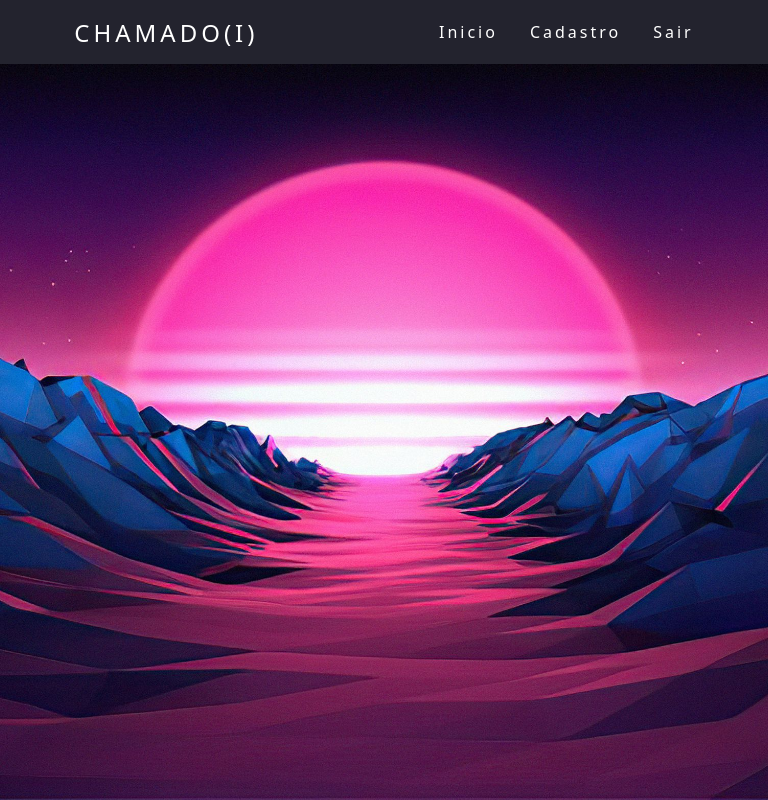
Repository: isaquemc2001/isaque-utilities
Page: index.html
The author's editor kept a copy of each file at every save. The page is drawn from the files as they stood at one save, then again after the next save.
The browser window is 768 px wide. The pictures show the whole page.

Above is the page before, as saved 2021-10-28 09:15:53.

### index.html
<!DOCTYPE html>
<html lang="pt-br">

<head>
    <meta charset="UTF-8">
    <meta http-equiv="X-UA-Compatible" content="IE=edge">
    <meta name="viewport" content="width=device-width, initial-scale=1.0">
    <title>Chamado</title>

    <link rel="stylesheet" href="style.css">
</head>

<body>

    <header>
        <nav>
            <a class="logo" href="#">Chamado(i)</a>
            <div class="mobile-menu">
                <div class="line1"></div>
                <div class="line2"></div>
                <div class="line3"></div>
            </div>
            <ul class="nav-list">
                <li><a href="#">Inicio</a></li>
                <li><a href="#">Cadastro</a></li>
                <li><a href="#">Sair</a></li>
            </ul>
        </nav>
    </header>

    <main></main>

</body>

</html>

### style.css
*{
    margin: 0;
    padding: 0;
}

a {
    color: white;
    text-decoration: none;
    transition: 0.3s;
}

a:hover{
    opacity: 0.7;
}

.logo{
    font-size: 24px;
    text-transform: uppercase;
    letter-spacing: 4px;
}

nav{
    display: flex;
    justify-content: space-around;
    align-items: center;
    font-family: system-ui, -apple-system, Helvetica, Arial, sans-serif;
    background: #23232e;
    height: 8vh;
}

main{
    background: url("bg.jpg") no-repeat center center;
    background-size: cover;
    height: 92vh;
}

.nav-list{
    list-style: none;
    display: flex;
}

.nav-list li{
    letter-spacing: 3px;
    margin-left: 32px;
}

.mobile-menu {
    display: none;
    cursor: pointer;
}

.mobile-menu div {
    width: 32px;
    height: 2px;
    background: #fff;
    margin: 8px;
}

After the next save:
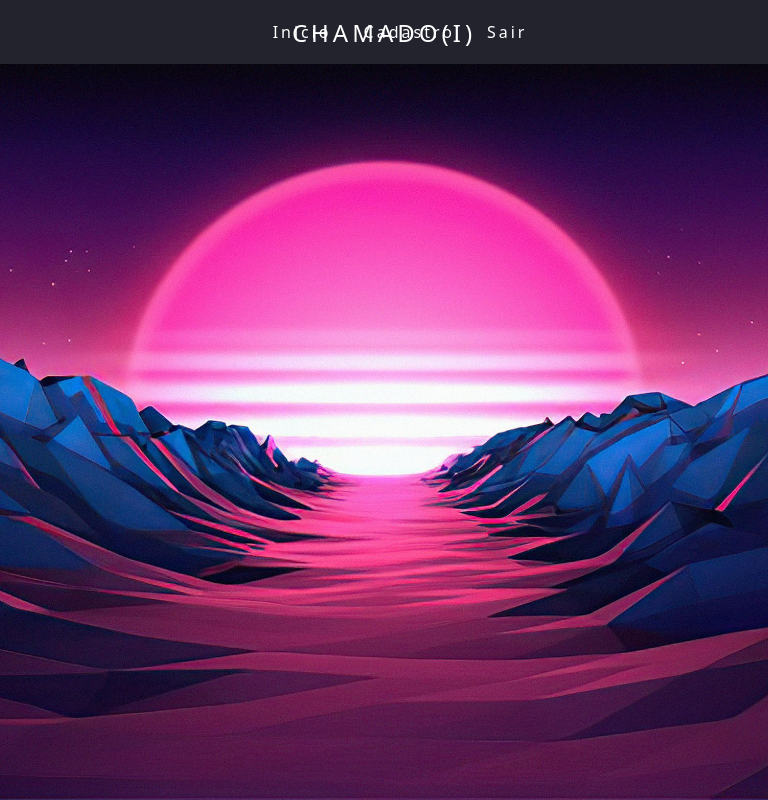
Saved 74 s later.
--- a/style.css
+++ b/style.css
@@ -55,3 +55,9 @@ main{
     background: #fff;
     margin: 8px;
 }
+
+@media (max-width: 999px) {
+    .nav-list {
+        position: absolute;
+    }
+}
